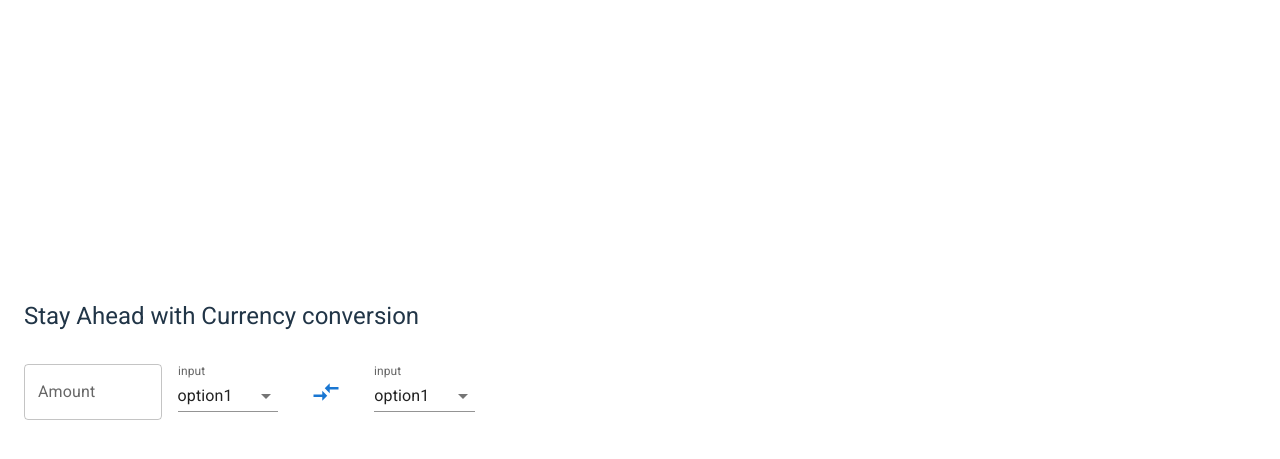
Repository: Asad-devv/CURRENCY
Page: /
The author's editor kept a copy of each file at every save. The page is drawn from the files as they stood at one save, then again after the next save.
The browser window is 1280 px wide. The pictures show the whole page.
The project was rebuilt for these pictures with package versions that can differ from the ones it lists, and the page was loaded fresh each time. Also part of the build but not shown: craco.config.js.

Above is the page before, as saved 2023-03-02 15:28:49.

After the next save:
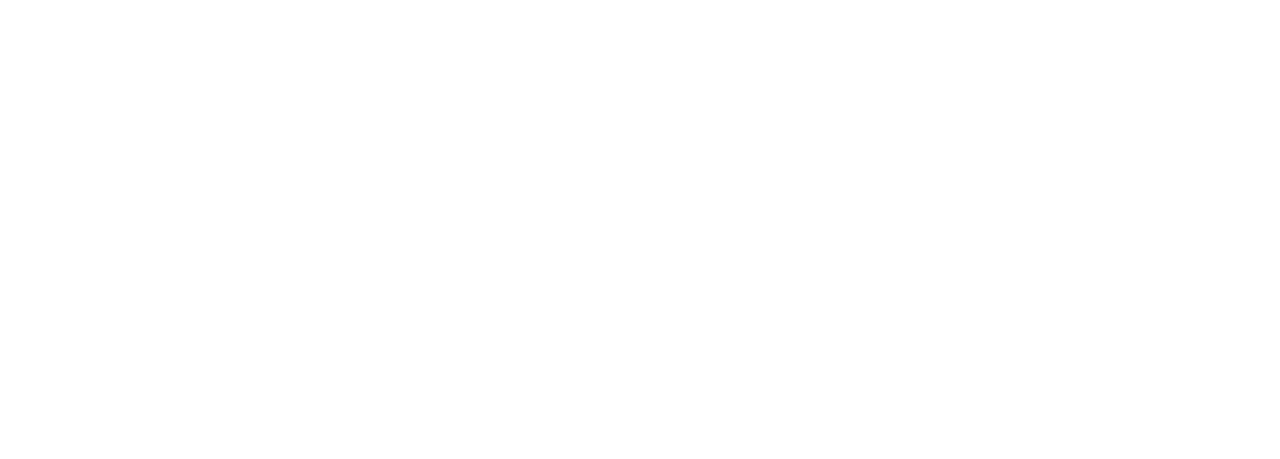
Console error: ReferenceError: textAlign is not defined
Saved 8 s later.
--- a/src/App.jsx
+++ b/src/App.jsx
@@ -7,7 +7,7 @@
 // import './App.css'
 
 function App() {
-  const boxStyles ={ background: "#fddfff" }
+  const boxStyles ={ background: "#fddfff" ,textAlign}
   return (
     <Container maxWidth="md" sx={{}}>
       <Typography variant = "h5"sx={{mb:"2rem"}}>Stay Ahead with Currency conversion</Typography>

After the save that followed:
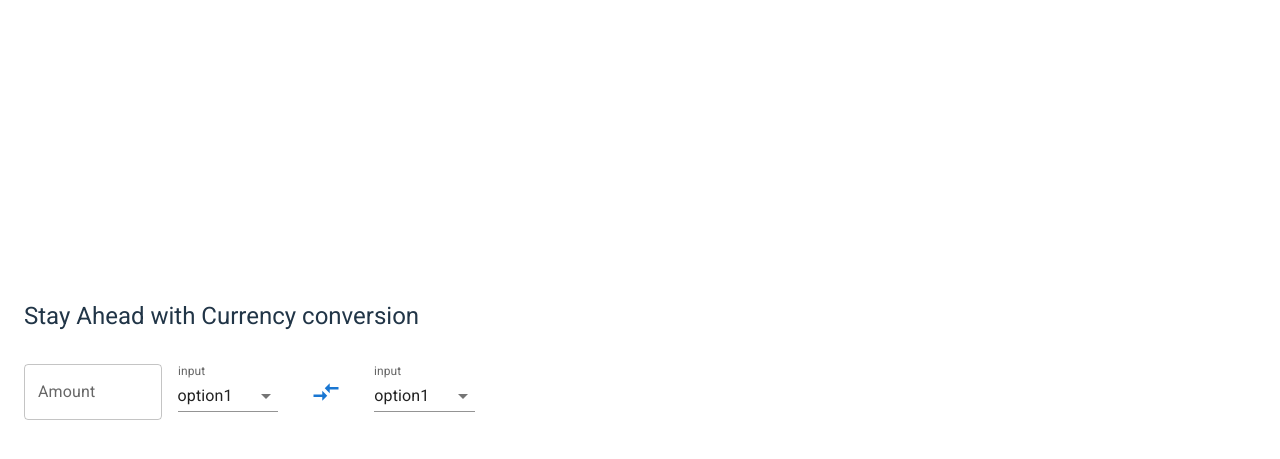
The error is gone.
Saved 4 s later.
--- a/src/App.jsx
+++ b/src/App.jsx
@@ -7,7 +7,7 @@
 // import './App.css'
 
 function App() {
-  const boxStyles ={ background: "#fddfff" ,textAlign}
+  const boxStyles ={ background: "#fddfff" ,textAlign : "center"}
   return (
     <Container maxWidth="md" sx={{}}>
       <Typography variant = "h5"sx={{mb:"2rem"}}>Stay Ahead with Currency conversion</Typography>
